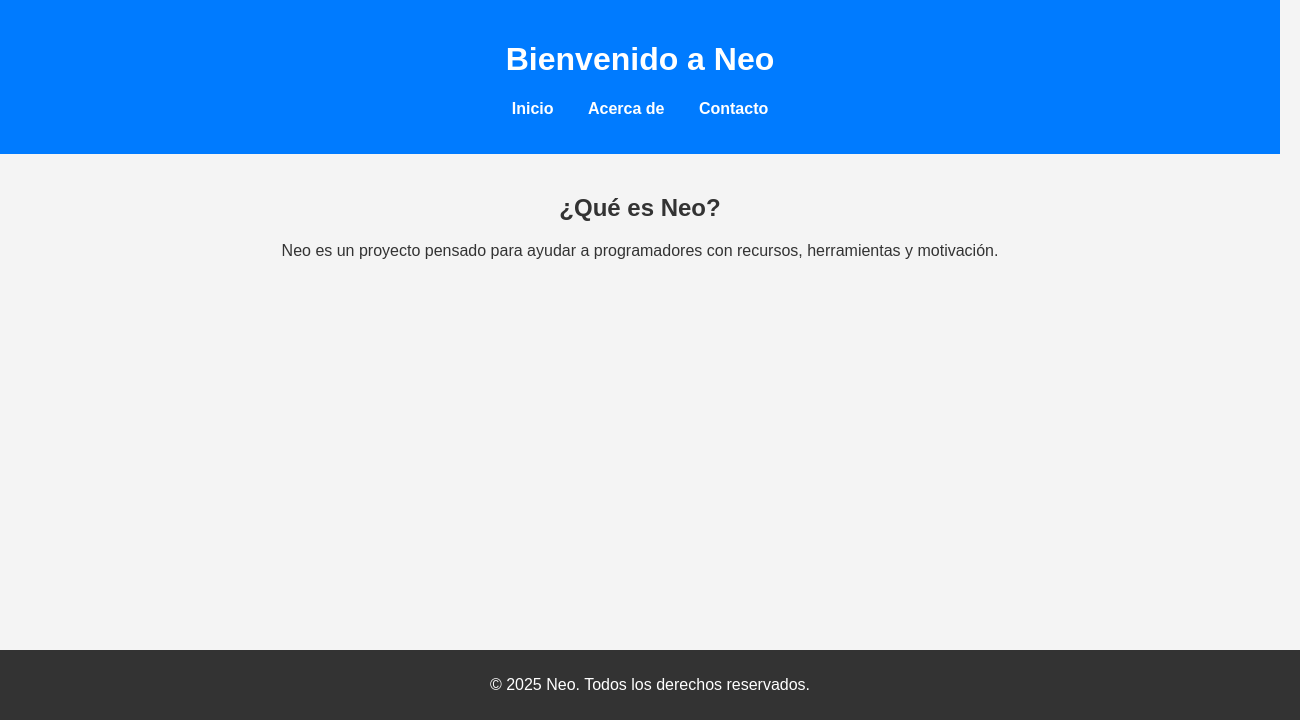
Repository: TapZc/getya_proyect
Page: index.html
These files come from the project's save history. The page is drawn as it stood at one moment and after the next save; the edit follows.
The browser window is 1280 px wide. The page is 1300 px wide, so the pictures cover 1300 px, including what lies to the right of the window. The pictures show the whole page.

Above is the page before, as saved 2025-02-21 07:00:29.

### index.html
<!DOCTYPE html>
<html lang="es">
<head>
    <meta charset="UTF-8">
    <meta name="viewport" content="width=device-width, initial-scale=1.0">
    <title>Neo</title>
    <link rel="stylesheet" href="styles.css">
</head>
<body>
    <header>
        <h1>Bienvenido a Neo</h1>
        <nav>
            <ul>
                <li><a href="#">Inicio</a></li>
                <li><a href="#">Acerca de</a></li>
                <li><a href="#">Contacto</a></li>
            </ul>
        </nav>
    </header>

    <section>
        <h2>¿Qué es Neo?</h2>
        <p>Neo es un proyecto pensado para ayudar a programadores con recursos, herramientas y motivación.</p>
    </section>

    <footer>
        <p>&copy; 2025 Neo. Todos los derechos reservados.</p>
    </footer>
</body>
</html>

### styles.css
/* Estilos generales */
body {
    font-family: Arial, sans-serif;
    margin: 0;
    padding: 0;
    background-color: #f4f4f4;
    color: #333;
}

/* Encabezado */
header {
    background-color: #007bff;
    color: white;
    text-align: center;
    padding: 20px;
}

/* Navegación */
nav ul {
    list-style: none;
    padding: 0;
}

nav ul li {
    display: inline;
    margin: 0 15px;
}

nav ul li a {
    text-decoration: none;
    color: white;
    font-weight: bold;
}

/* Sección */
section {
    text-align: center;
    padding: 20px;
}

/* Pie de página */
footer {
    background-color: #333;
    color: white;
    text-align: center;
    padding: 10px;
    position: absolute;
    bottom: 0;
    width: 100%;
}

After the next save:
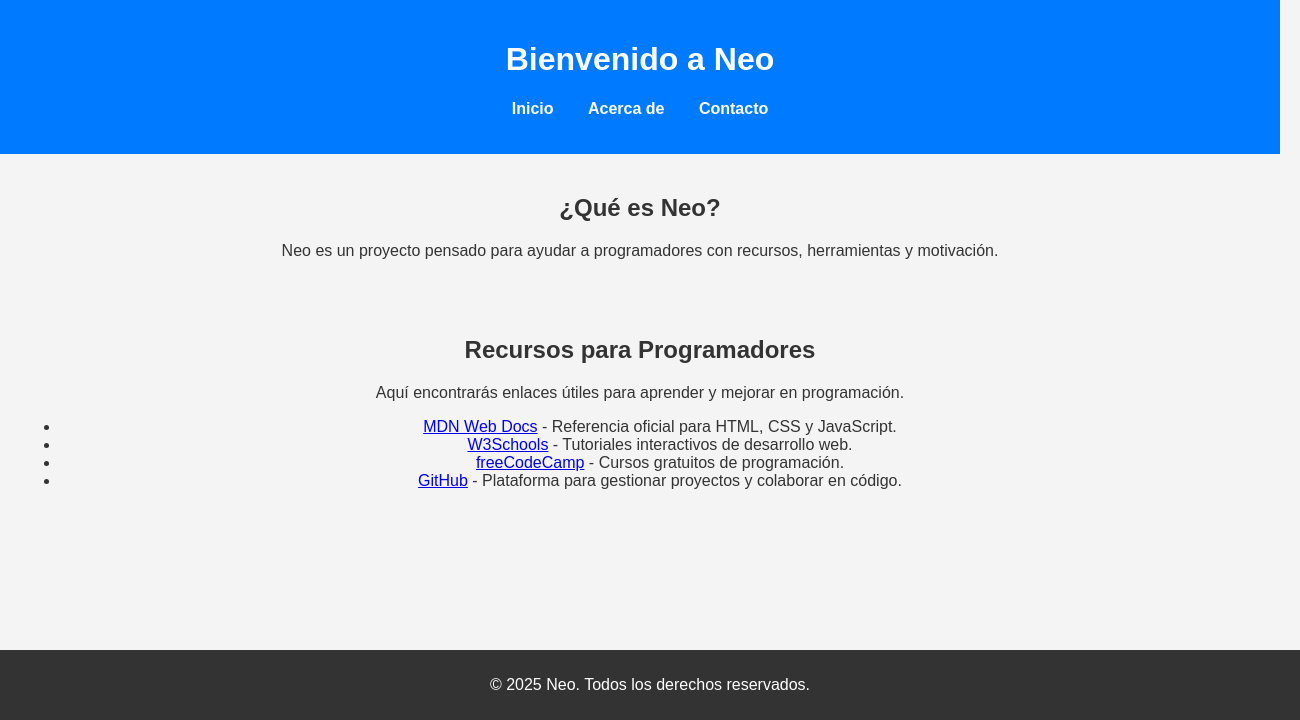
Saved 2 min 26 s later.
--- a/index.html
+++ b/index.html
@@ -23,6 +23,17 @@
         <p>Neo es un proyecto pensado para ayudar a programadores con recursos, herramientas y motivación.</p>
     </section>
 
+    <section>
+        <h2>Recursos para Programadores</h2>
+        <p>Aquí encontrarás enlaces útiles para aprender y mejorar en programación.</p>
+        <ul>
+            <li><a href="https://developer.mozilla.org/es/" target="_blank">MDN Web Docs</a> - Referencia oficial para HTML, CSS y JavaScript.</li>
+            <li><a href="https://www.w3schools.com/" target="_blank">W3Schools</a> - Tutoriales interactivos de desarrollo web.</li>
+            <li><a href="https://www.freecodecamp.org/" target="_blank">freeCodeCamp</a> - Cursos gratuitos de programación.</li>
+            <li><a href="https://github.com/" target="_blank">GitHub</a> - Plataforma para gestionar proyectos y colaborar en código.</li>
+        </ul>
+    </section>
+
     <footer>
         <p>&copy; 2025 Neo. Todos los derechos reservados.</p>
     </footer>
